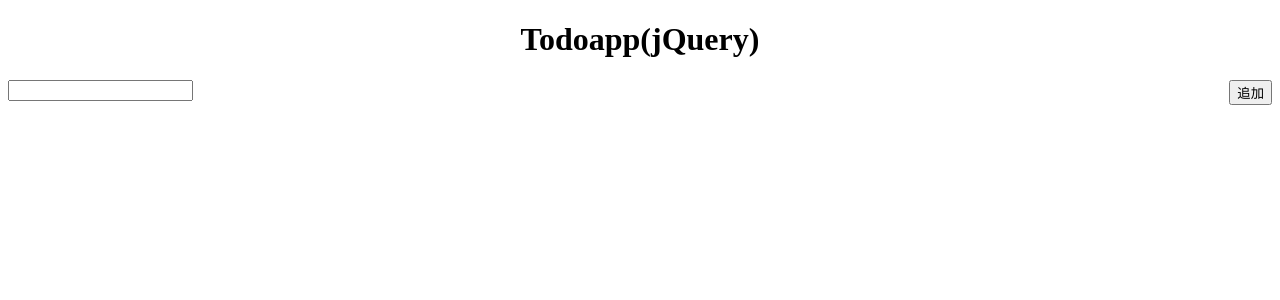
Repository: shinyahayashi1103/Todoapp-jQuery
Page: index.html
The author's editor kept a record of every edit. The page is drawn from the files as they stood at one moment, then again after the next edit.
The browser window is 1280 px wide. The pictures show the whole page.

Above is the page before.

After the next edit:
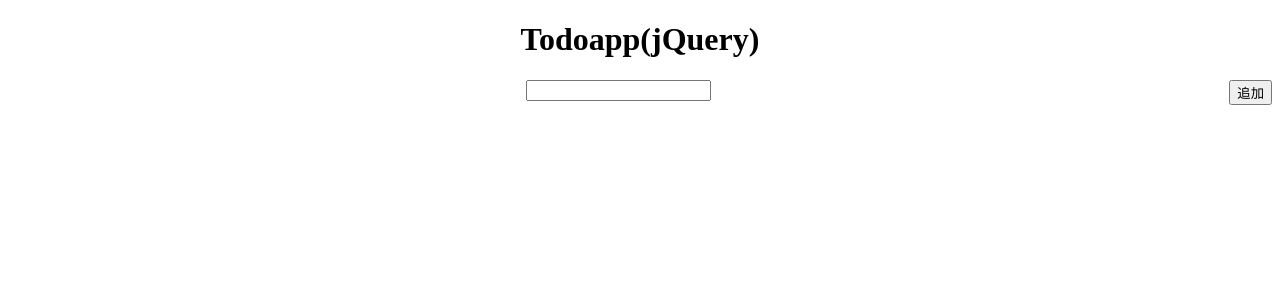
The edit:
--- a/style.css
+++ b/style.css
@@ -3,7 +3,7 @@
 }
 
 #input-section{
-    margin: 0 auto;
+   text-align: center;
 
 }
 
